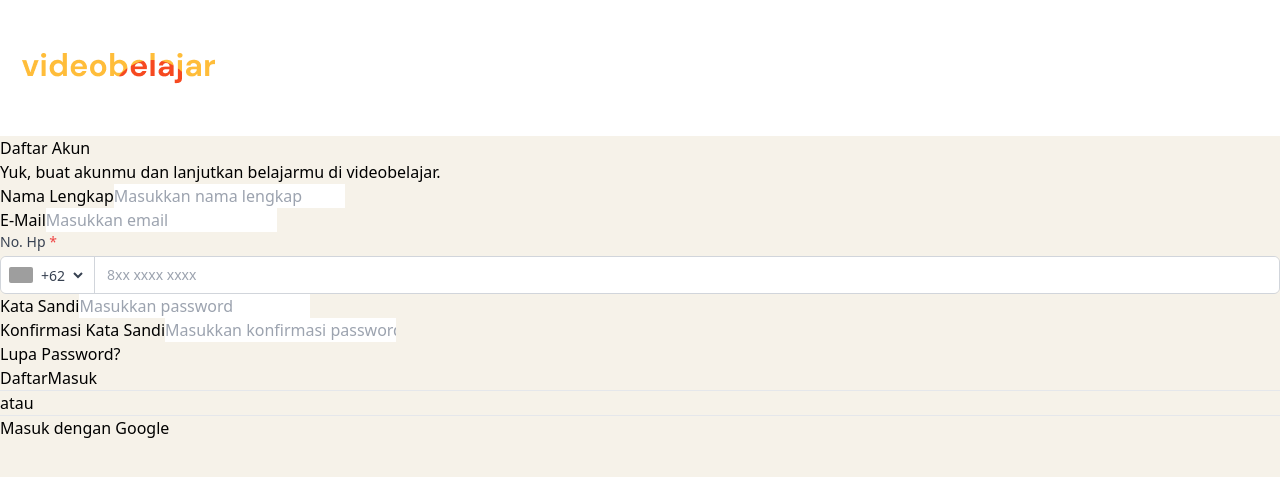
Repository: dimascahyanugraha/Course-Mission-4
Page: /signup
The author's editor kept a copy of each file at every save. The page is drawn from the files as they stood at one save, then again after a run of saves.
The browser window is 1280 px wide. The pictures show the whole page.
Pictures or frames that could not be fetched are drawn as grey boxes. The project was rebuilt for these pictures with package versions that can differ from the ones it lists, and the page was loaded fresh each time. Also part of the build but not shown: vite.config.js, src/components/LoginPage.jsx.

Above is the page before, as saved 2026-05-29 10:43:51.

After the next 3 saves:
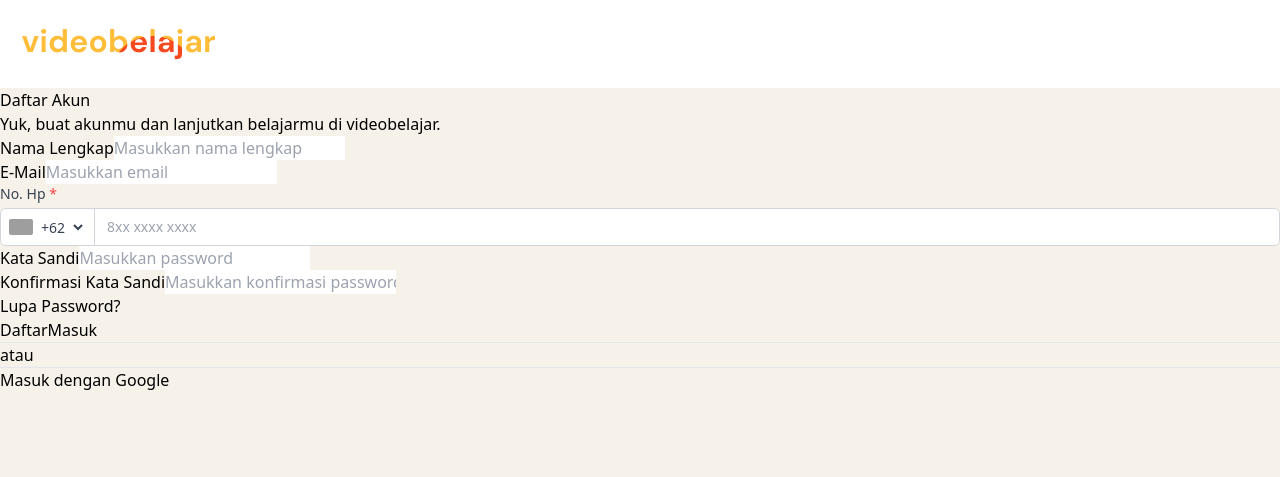
The 3 saves are shown as one change because they came seconds apart.
The last was saved 10 s later.
--- a/src/components/Signup.jsx
+++ b/src/components/Signup.jsx
@@ -4,7 +4,7 @@ import indonesia from "../assets/indonesia.png";
 export default function Signup() {
   return (
     <div className="min-h-screen bg-[#f6f2e9] flex flex-col">
-      <header className="bg-white py-10">
+      <header className="bg-white py-4">
         <img src={logoVideoBelajar} alt="logo" />
       </header>
 
